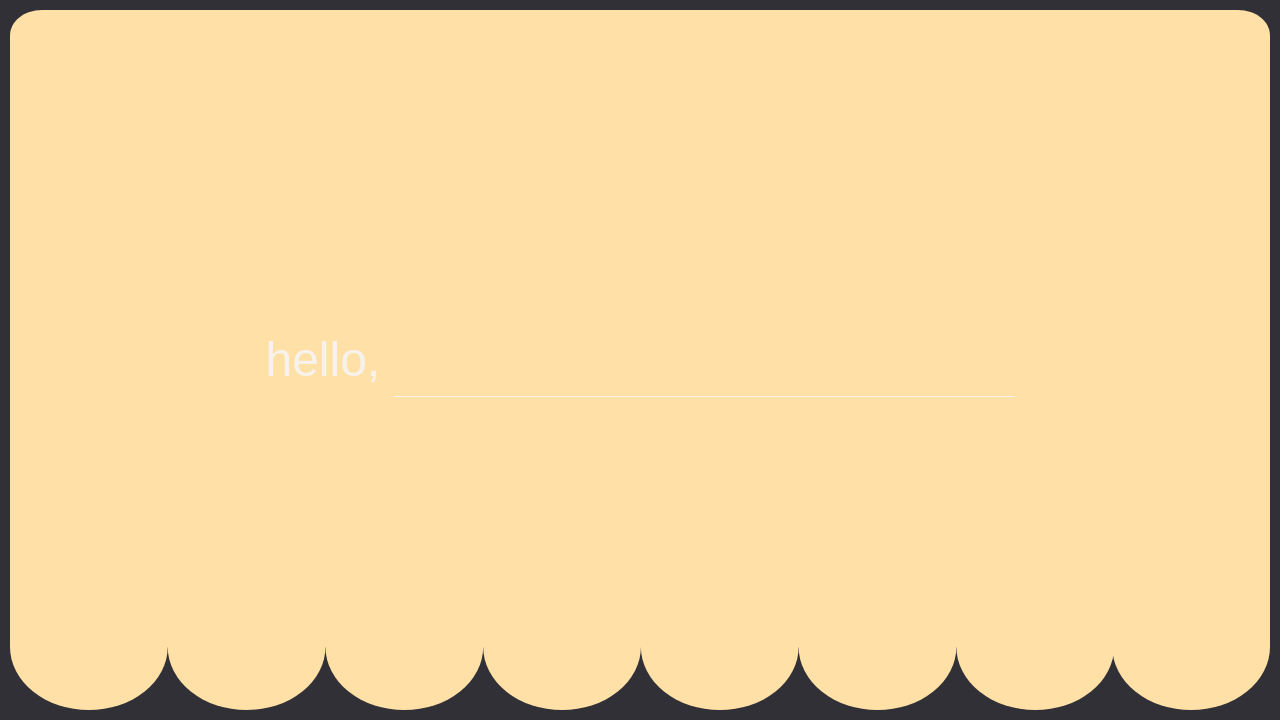
Repository: zhangolivia7/rot-recovery
Page: /
The author's editor kept a copy of each file at every save. The page is drawn from the files as they stood at one save, then again after the next save.
The browser window is 1280 px wide. The pictures show the whole page.
The project was rebuilt for these pictures with package versions that can differ from the ones it lists, and the page was loaded fresh each time. The framework's server and built-in components were replaced by stand-ins that run in the browser. Also part of the build but not shown: next.config.ts.

Above is the page before, as saved 2025-03-29 17:32:41.

### src/app/layout.tsx
import type { Metadata } from "next";
import { Geist, Geist_Mono } from "next/font/google";
import "./globals.css";

const geistSans = Geist({
  variable: "--font-geist-sans",
  subsets: ["latin"],
});

const geistMono = Geist_Mono({
  variable: "--font-geist-mono",
  subsets: ["latin"],
});

export const metadata: Metadata = {
  title: "Rot Recovery",
  description: "it's comeback time.",
};

export default function RootLayout({
  children,
}: Readonly<{
  children: React.ReactNode;
}>) {
  return (
    <html lang="en">
      <body
        className={`${geistSans.variable} ${geistMono.variable} antialiased`}
      >
        {children}
      </body>
    </html>
  );
}

### src/app/page.tsx
'use client'
import { SetStateAction, useState } from "react";
import { useWindowSize } from 'react-use';
import Confetti from 'react-confetti-boom';

export default function Home() {
  const [name, setName] = useState("");
  const [tasks, setTasks] = useState<{ id: number; text: string }[]>([]);
  const [timeframe, setTimeframe] = useState("");
  const [newTask, setNewTask] = useState("");
  const [schedule, setSchedule] = useState<string>(""); //store groqAPI response
  const [loading, setLoading] = useState<boolean>(false);

  // Update name
  const updateName = (e: React.ChangeEvent<HTMLInputElement>) => {
    setName(e.target.value);
    console.log(name);
  };

  // Update task text
  const updateTaskText = (id: number, text: string) => {
    setTasks(tasks.map(task => (task.id === id ? { ...task, text } : task)));
  };

  // Delete a task
  const deleteTask = (id: number) => {
    setTasks(tasks.filter(task => task.id !== id));
  };

  // Add new task when Enter is pressed
  const handleKeyDown = (e: React.KeyboardEvent<HTMLInputElement>) => {
    if (e.key === "Enter" && newTask.trim() !== "") {
      setTasks([...tasks, { id: Date.now(), text: newTask }]);
      setNewTask("");
    }
  };

  // Send tasks and timeframe to ChatGPT API and update schedule
  const handleSubmit = async () => {
    if (tasks.length === 0 || timeframe.trim() === "") {
      alert("Please enter tasks and a timeframe.");
      return;
    }

    setLoading(true); // Show loading state

    // Prepare message for Groq
    var prompt = "";

    if (name.toLowerCase() === "leslie") {
      prompt = `ALWAYS USE <b> IF YOU NEED TO BOLD YOUR RESPONSES!!! DO NOT USE DOUBLE ASTERICKS\nHey! You're talking to my friend ${name}, who's been bedrotting and has ${timeframe} to get back on track! Here's what ${name} has to get done':\n` +
        tasks.map((task, index) => `${index + 1}. ${task.text}`).join("\n") +
        `\n\nShe REALLY likes Hatsune Miku, so pretending you're Hatsune Miku and including Hatsune Miku references, give them a structured, realistic schedule based on the current time and amount of time they have to work in this schedule format:\n[Introduction message (make sure you introduce yourself as Hatsune Miku)]\n[00:00-##:##: <b>Task</b>, bit of encouragement and tips on how to complete the task well] and repeat this structure. Here's an example: <b>[Greeting]</b>\n\nHere's your customized schedule: \n\n<b>00:00-00:30: Finish Math Homework,</b> Leslie-chan! Take a deep breath and dive into your math problems. Focus on one question at a time, and make sure you understand each concept before moving on to the next. You got this!\n\n<b>00:30-01:15: Watch Algorithms Class Lecture.</b> Take a short break to grab a snack or stretch, and then settle in to watch your lecture. Take notes on important points, and don't hesitate to pause the video if you need to review something.\n\n<b>01:15-03:00: Study for Linear Algebra Test.</b> You're almost there, Leslie-chan! Review your notes and textbook, and try to summarize key concepts in your own words. Make flashcards or create a concept map to help you visualize the material.\n\n[Closing message with Hatsune Miku references]`;
    } else {
      prompt = `ALWAYS USE <b> IF YOU NEED TO BOLD YOUR RESPONSES!!! DO NOT USE DOUBLE ASTERICKS. Hey! You're talking to my friend ${name}, who's been bedrotting and has ${timeframe} to get back on track! Here's what ${name} has to get done':\n` +
        tasks.map((task, index) => `${index + 1}. ${task.text}`).join("\n") +
        `\n\nIn a fun, chill tone, give them a structured, realistic schedule based on the current time and amount of time they have to work in this schedule format:\n[Introduction message]\n<b>00:00-##:##: Task</b>, bit of encouragement and tips on how to complete the task well. Repeat this structure. Here's an example: <b>[Greeting]</b>\n\nHere's your customized schedule:\n\n<b>00:00-00:20: History Studying,</b> Let's get that history test prep started! Focus on reviewing your notes, making flashcards, and going over any tricky dates or events. You got this, Bob!\n\n<b>00:20-00:45: English Essay Brainstorm,</b> Time to get those creative juices flowing! Take 10-15 minutes to brainstorm ideas for your essay, then organize your thoughts into an outline. Remember, a solid outline will make the writing process so much smoother!\n\n<b>00:45-01:10: Math Homework</b>, Math homework can be a real challenge, but you're almost there! Focus on one problem at a time, and don't be afraid to take breaks if you get stuck. You've got this, Bob! You're so close to finishing!\n\n<b>01:10-02:00: Write That Essay,</b> It's time to put your thoughts into words! Take your outline and start writing that essay. Remember to stay focused, and don't worry too much about grammar or spelling at this stage. Just get your ideas down on paper!\n\n[Closing message]`;
    }

    try {
      const response = await fetch("/api/generate-schedule", {
        method: "POST",
        headers: { "Content-Type": "application/json" },
        body: JSON.stringify({ prompt }),
      });

      const data = await response.json();
      setSchedule(data.schedule); // Store response
    } catch (error) {
      console.error("Error fetching schedule:", error);
      setSchedule("Failed to generate schedule. Try again.");
    } finally {
      setLoading(false);
    }

    // Scroll to the schedule section
    document.getElementById("next-section")?.scrollIntoView({ behavior: "smooth" });
  };

  return (
    <div className={`h-screen snap-y snap-mandatory ${name.trim() === "" ? "overflow-hidden" : "overflow-y-scroll"}`}>
      {/* Section 1 */}
      <section id="sec1" className="h-screen flex justify-center items-center snap-start relative overflow-hidden">
        {/* SVG Background with exact 10px margin on all sides */}
        <div className="absolute top-[10px] left-[10px] right-[10px] bottom-[10px] z-0">
          <svg
            viewBox="0 0 1382 961"
            fill="none"
            xmlns="http://www.w3.org/2000/svg"
            className="w-full h-full"
            preserveAspectRatio="none"
          >
            <path d="M0 35C0 15.6701 15.67 0 35 0H1347C1366.33 0 1382 15.67 1382 35V875H0V35Z" fill="#FFE1A8" />
            <circle cx="86.5" cy="874.5" r="86.5" fill="#FFE1A8" />
            <circle cx="259.5" cy="874.5" r="86.5" fill="#FFE1A8" />
            <circle cx="432.5" cy="874.5" r="86.5" fill="#FFE1A8" />
            <circle cx="605.5" cy="874.5" r="86.5" fill="#FFE1A8" />
            <circle cx="778.5" cy="874.5" r="86.5" fill="#FFE1A8" />
            <circle cx="951.5" cy="874.5" r="86.5" fill="#FFE1A8" />
            <circle cx="1124.5" cy="874.5" r="86.5" fill="#FFE1A8" />
            <circle cx="1295.5" cy="874.5" r="86.5" fill="#FFE1A8" />
          </svg>
        </div>

        {/* Foreground content */}
        <main className="z-10 flex flex-col gap-[32px] row-start-2 items-center sm:items-start">
          <div id="s1">
            <h1>
              hello, <input type="text" id="helloText" value={name} onChange={updateName} />
            </h1>
          </div>
        </main>
      </section>


      {name.trim() !== "" && (
        <>
          {/* Section 2 */}
          <section className="h-screen flex flex-col items-center snap-start">
            <div id="sec2" className="w-full h-full flex flex-col justify-start items-center pt-0">
              {name.toLowerCase() === "leslie" ? (
                // Special SVG for Leslie
                <svg width="724" height="509" viewBox="0 0 724 509" fill="none" xmlns="http://www.w3.org/2000/svg">
                  <path d="M495 354.5C491.4 354.5 469.167 355.833 458.5 356.5L460 359L528.5 363L525.5 359C516.833 357.5 498.6 354.5 495 354.5Z" fill="#88D0C7" />
                  <path d="M558 413L503.5 434.5L547 451L586 425L558 413Z" fill="#8A8585" />
                  <circle cx="545.624" cy="378" r="25" fill="#FFE1A8" />
                  <path d="M336.624 363C375.024 348.6 487.291 357 538.624 363L542.624 397C534.624 399.667 512.224 405.4 486.624 407C461.024 408.6 347.957 445 294.624 463C271.124 474.333 212.524 497 166.124 497C108.124 497 48.1241 453 50.1241 463C51.7241 471 30.7908 497 20.1241 509C12.7908 504.333 -1.4759 491.8 0.124102 479C1.7241 466.2 26.1241 437.667 38.1241 425L156.124 449C144.791 428.333 128.924 382.2 156.124 363C190.124 339 288.624 381 336.624 363Z" fill="#FFE1A8" />
                  <path d="M455.601 453.39C444.301 452.836 398.096 425.701 378.624 407L412.829 390.125C421.464 391.114 453.014 384.686 455.601 396.594C458.836 411.478 493.917 434.314 524.131 436.079C554.345 437.844 558.339 448.801 544.659 456.342C530.98 463.883 469.726 454.083 455.601 453.39Z" fill="#FFE1A8" />
                  <path d="M529 359C505.167 359.167 455.8 360.1 449 362.5C440.5 365.5 408.5 380.5 403 386.5C397.5 392.5 387.5 398 385.5 406C383.9 412.4 384.833 415.333 385.5 416C381.167 412.5 372.8 404.1 374 398.5C375.423 391.858 379.997 387.017 382.597 386.539C380.62 386.631 375.704 386.944 375 388C374.2 389.2 373.333 390.833 373 391.5C373.167 386.667 374.9 376.1 380.5 372.5C387.5 368 403.5 358.5 417 357C430.5 355.5 463 353 473.5 353C484 353 521.5 357 524 357C526 357 528.167 358.333 529 359Z" fill="#88D0C7" />
                  <path d="M550 371.5C553.2 374.3 558.667 374.667 561 374.5L554 369.5L541 362H550C548 361 543 359 539 359C535 359 529.167 360.5 526.5 361.5C525.667 360.5 523.5 359 525.5 359C528 359 534.5 352.5 541 351.5C547.5 350.5 557 353 561 355C564.2 356.6 567.167 361 567.5 364C568.333 364.5 569 368.3 571 371.5C573.5 375.5 567 396 566 397C565 398 547.5 406.5 544 406.5C540.5 406.5 436.5 434 411 446C385.5 458 297 481.5 291.5 481C287.1 480.6 276.333 476.5 271.5 474.5C275.667 475.5 284.7 476.7 287.5 473.5C290.3 470.3 305.667 466.167 313 464.5H301C295 464.5 287.167 470.5 284 473.5C285.5 471 289.1 465.7 291.5 464.5C293.9 463.3 303.833 457.667 308.5 455C312 454.833 320.8 453.6 328 450C337 445.5 433 410.5 454.5 406.5C471.7 403.3 512.333 398.833 530.5 397C535 398.5 545.2 401.5 550 401.5C553.076 401.5 557.203 399.266 560.091 397.493C558.356 397.618 556.601 396.675 554 397C550.8 397.4 544 391.167 541 388H550C554.8 388 559.333 385.667 561 384.5C558.167 383.333 552 380.6 550 379C548 377.4 545.167 368.333 544 364C544.667 365.333 546.8 368.7 550 371.5Z" fill="#88D0C7" />
                  <path d="M724 -9L586 425L558 413L507.5 433L3 -9H724Z" fill="#F8F2EC" fill-opacity="0.5" />
                  <path d="M531.5 350L529 360.5L526 362L527.5 348L531.5 350Z" fill="#9C4066" />
                  <path d="M543 411.5L530 397.5V397L525.5 397.5L535 408.5L531 409.5L534 411.5H543Z" fill="#9C4066" />
                </svg>
              ) : (
                // Default SVG
                <svg width="724" height="509" viewBox="0 0 724 509" fill="none" xmlns="http://www.w3.org/2000/svg">
                  <path d="M558 413L503.5 434.5L547 451L586 425L558 413Z" fill="#8A8585" />
                  <circle cx="545.624" cy="378" r="25" fill="#FFE1A8" />
                  <path d="M336.624 363C375.024 348.6 487.291 357 538.624 363L542.624 397C534.624 399.667 512.224 405.4 486.624 407C461.024 408.6 347.957 445 294.624 463C271.124 474.333 212.524 497 166.124 497C108.124 497 48.1241 453 50.1241 463C51.7241 471 30.7908 497 20.1241 509C12.7908 504.333 -1.4759 491.8 0.124102 479C1.7241 466.2 26.1241 437.667 38.1241 425L156.124 449C144.791 428.333 128.924 382.2 156.124 363C190.124 339 288.624 381 336.624 363Z" fill="#FFE1A8" />
                  <path d="M455.601 453.39C444.301 452.836 398.096 425.701 378.624 407L412.829 390.125C421.464 391.114 453.014 384.686 455.601 396.594C458.836 411.478 493.917 434.314 524.131 436.079C554.345 437.844 558.339 448.801 544.659 456.342C530.98 463.883 469.726 454.083 455.601 453.39Z" fill="#FFE1A8" />
                  <path d="M724 -9L586 425L558 413L507.5 433L3 -9H724Z" fill="#F8F2EC" fillOpacity="0.5" />
                </svg>
              )}
              <h1 className="text-3xl mt-4">so you've been rotting...</h1>
            </div>
          </section>

          {/* Section 3 */}
          <section className="h-screen flex flex-col items-center justify-center snap-start">
            <div id="form">
              <h1 className="text-3xl">let's get back on track, {name}</h1>

              {/* Timeframe Input */}
              <input
                className="border p-2 w-80 mt-2"
                placeholder="Timeframe (e.g., 2 hours)"
                value={timeframe}
                onChange={(e) => setTimeframe(e.target.value)}
              />

              {/* To-Do List */}
              <div className="mt-4">
                <h2 className="text-lg font-bold">Enter your tasks</h2>
                <ul className="mt-3 space-y-2">
                  {tasks.map(task => (
                    <li key={task.id} className="flex items-center space-x-2">
                      <input
                        type="text"
                        value={task.text}
                        onChange={(e) => updateTaskText(task.id, e.target.value)}
                        className="border-b focus:outline-none bg-transparent w-full"
                      />
                      <button onClick={() => deleteTask(task.id)} className="text-lg">
                        ✕
                      </button>
                    </li>
                  ))}
                </ul>
              </div>

              {/* Add Task Input */}
              <input
                className="border p-2 w-80 mt-2"
                placeholder="Add a task and hit enter"
                value={newTask}
                onChange={(e) => setNewTask(e.target.value)}
                onKeyDown={handleKeyDown}
              />

              {/* Submit Button */}
              <button
                onClick={handleSubmit}
                className="mt-4 p-2 rounded-md"
              >
                {loading ? "Generating..." : "That's It"}
              </button>
            </div>
          </section>

          {/* Next Section - Display Schedule */}
          {schedule && (
            <section id="next-section" className="h-screen flex justify-center items-center snap-start">
              <div className="text-center max-w-xl">
                <h1 className="text-3xl mb-4">your schedule</h1>
                {loading ? (
                  <p className="text-lg">Generating your schedule...</p>
                ) : (
                  <p
                    className="whitespace-pre-wrap"
                    dangerouslySetInnerHTML={{ __html: schedule || "Your schedule will appear here." }}
                  />
                )}
              </div>
            </section>
          )}
        </>
      )}
    </div>
  );
}

### src/app/globals.css
@import "tailwindcss";

:root {
  --background: #303036;
  --foreground: #F8F2EC;
}

@theme inline {
  --color-background: var(--background);
  --color-foreground: var(--foreground);
  --font-sans: var(--font-geist-sans);
  --font-mono: var(--font-geist-mono);
}

@media (prefers-color-scheme: dark) {
  :root {
    --background: #303036;
    --foreground: #F8F2EC;
  }
}

html {
  scroll-behavior: smooth;
}

.h-screen {
  height: 100vh;
}

.overflow-y-scroll {
  overflow-y: scroll;
}

.snap-y {
  scroll-snap-type: y mandatory;
}

.snap-start {
  scroll-snap-align: start;
}

body {
  background: var(--background);
  color: var(--foreground);
  font-family: Arial, Helvetica, sans-serif;
}

h1 {
  font-size: 3em;
}

#helloText {
  border-bottom: 1px solid var(--foreground);
}

#helloText:focus {
  outline: none;
}

#sec2 {
  display: flex;
  flex-direction: column;
  gap: 30px;
}

#form {
  display: flex;
  flex-direction: column;
  margin: 10px;
}

After the next save:
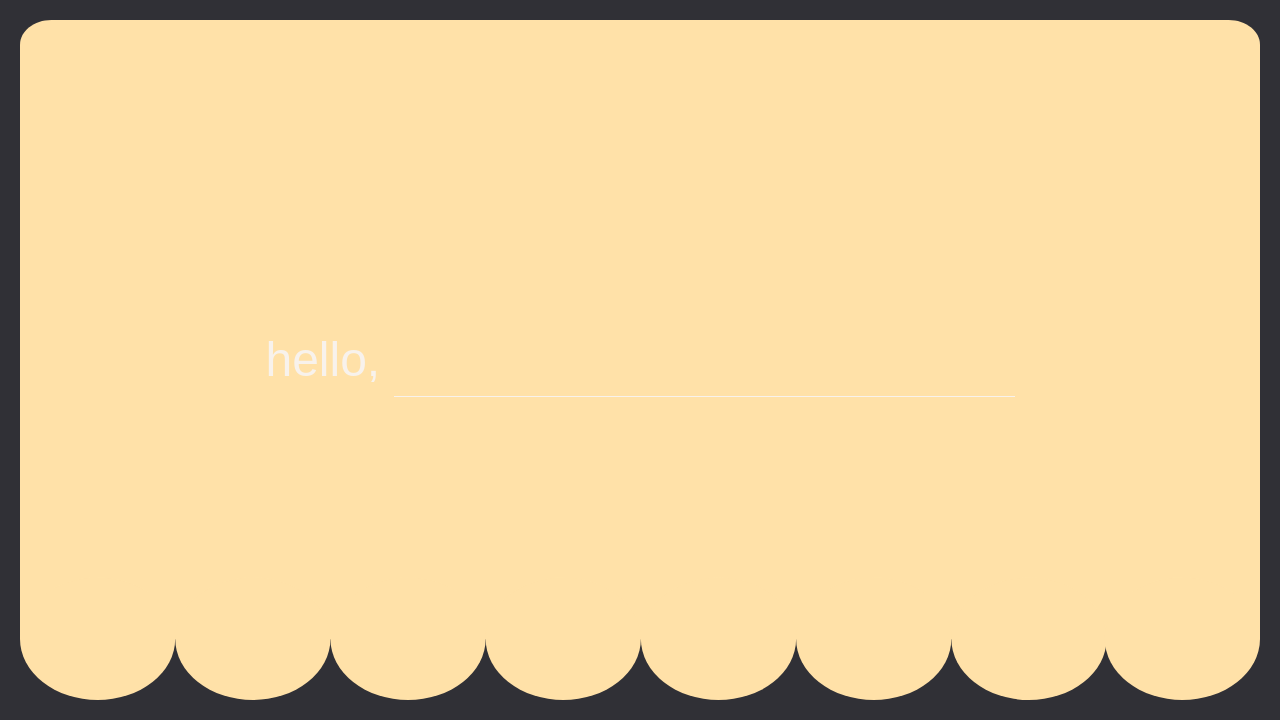
Saved 25 s later.
--- a/src/app/page.tsx
+++ b/src/app/page.tsx
@@ -82,7 +82,7 @@ export default function Home() {
       {/* Section 1 */}
       <section id="sec1" className="h-screen flex justify-center items-center snap-start relative overflow-hidden">
         {/* SVG Background with exact 10px margin on all sides */}
-        <div className="absolute top-[10px] left-[10px] right-[10px] bottom-[10px] z-0">
+        <div className="absolute top-[20px] left-[20px] right-[20px] bottom-[20px] z-0">
           <svg
             viewBox="0 0 1382 961"
             fill="none"
